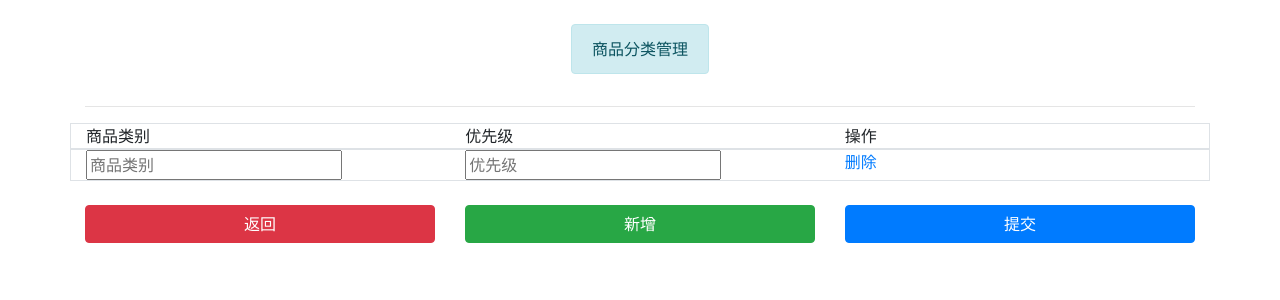
Repository: marveloussj/first_project
Page: o2o/src/main/webapp/WEB-INF/html/shop/productcategorymanage.html
These files come from the project's save history. The page is drawn as it stood at one moment and after the next save; the edit follows.
The browser window is 1280 px wide. The pictures show the whole page.
After loading, the first visible `#add` was clicked once.
The page's requests for data from a server got no answer. Some web libraries are served in a nearby version.

Above is the page before, as saved 2018-03-17 08:50:53.

After the next save:
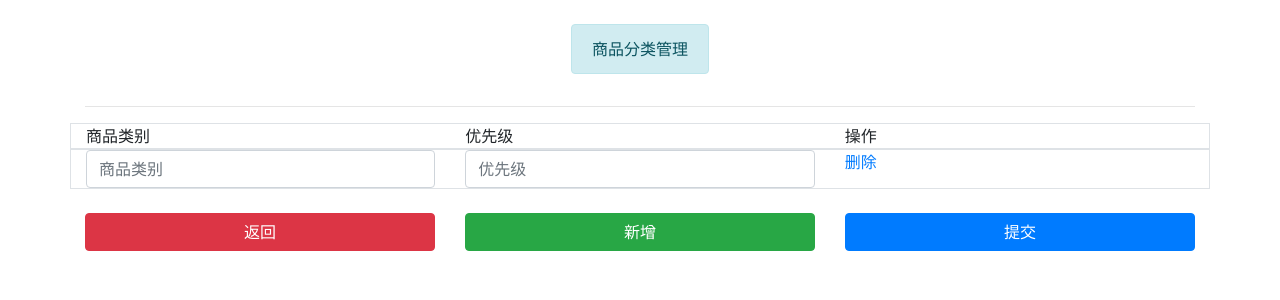
Saved 12 s later.
--- a/o2o/src/main/webapp/resources/js/shop/productcategorymanage.js
+++ b/o2o/src/main/webapp/resources/js/shop/productcategorymanage.js
@@ -29,9 +29,9 @@ $(function(){
 
 	$('#add').click(function(){
 		var tempHtml='<div class="row align-items-start table-bordered temp"><div class="col">'
-			+'<input type="text" placeholder="商品类别">'
+			+'<input class="form-control" type="text" placeholder="商品类别">'
 			+'</div> <div class="col">'
-			+'<input type="number" placeholder="优先级">'
+			+'<input class="form-control" type="number" placeholder="优先级">'
 			+'</div><div class="col"><a href="#">删除</a></div></div>';
 		$('.category-wrap').append(tempHtml);
 	});
